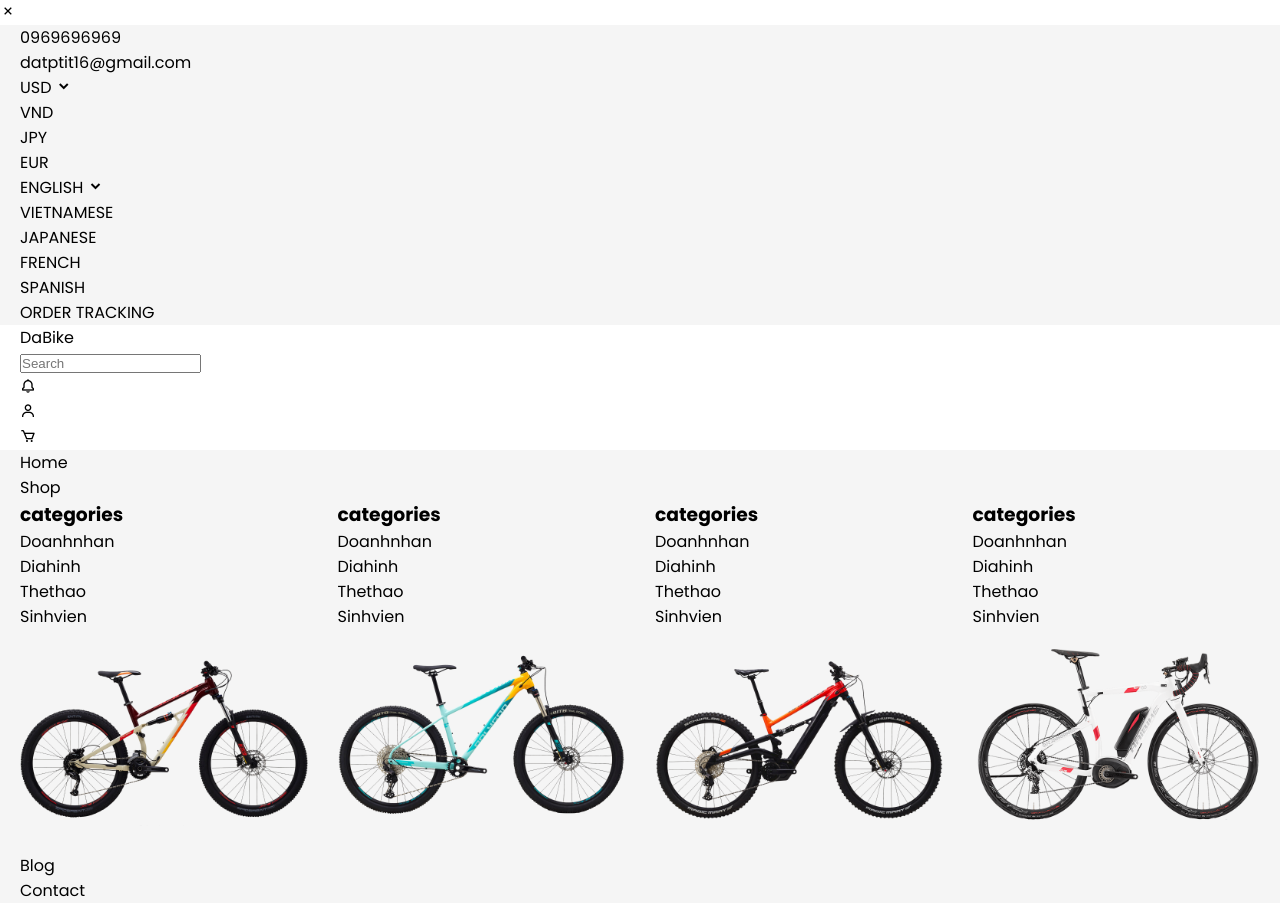
Repository: Datt21/DacMaxx
Page: index.html
These files come from the project's save history. The page is drawn as it stood at one moment and after the next save; the edit follows.
The browser window is 1280 px wide. The pictures show the whole page.

Above is the page before, as saved 2021-07-05 00:28:30.

### index.html
<!DOCTYPE html>
<html lang="en">
<head>
    <meta charset="UTF-8">
    <meta http-equiv="X-UA-Compatible" content="IE=edge">
    <meta name="viewport" content="width=device-width, initial-scale=1.0">
    <title>DaBike</title>
    <!--======== FONTS =========-->
    <link rel="preconnect" href="https://fonts.gstatic.com">
    <link rel="stylesheet" href="https://fonts.googleapis.com/css2?family=Poppins:ital,wght@0,100;0,200;0,300;0,400;0,500;0,600;0,700;0,800;0,900;1,100;1,200;1,300;1,400;1,500;1,600;1,700;1,900&display=swap">

    <!--========= ICONS =========-->
    <link rel="stylesheet" href="./boxicons-2.0.7/css/boxicons.min.css">
    <link href='https://unpkg.com/boxicons@2.0.7/css/boxicons.min.css' rel='stylesheet'>

    <!--========= LINK CSS =========-->
    <link rel="stylesheet" href="./css/grid.css">
    <link rel="stylesheet" href="./css/app.css">
</head>
<body>

    <!--========= HEADER ===========-->
    <header>
        <!-- mobile menu -->
        <div class="mobile-menu bg-second">
            <a href="#" class="mb-logo">DaBike</a>

            <span class="mb-menu-toggle mb-menu-close" id="mb-menu-close">
                <i class='bx bx-menu'></i>
            </span>
        </div>
        <!-- end mobile menu -->
        <!-- main header -->
        <div class="header-wrapper" id="header-wrapper">
            <span class="mb-menu-toggle" id="mb-menu-toggle">
                <i class='bx bx-x'></i>
            </span>
            <!-- top header -->
            <div class="bg-second">
                <div class="top-header container">
                    <ul class="devided">
                        <li>
                            <a href="#">0969696969</a>
                        </li>
                        <li>
                            <a href="#">datptit16@gmail.com</a>
                        </li>
                    </ul>
                    <div class="devided">
                        <li class="dropdown">
                            <a href="">USD</a>
                            <i class='bx bxs-chevron-down' ></i>
                            <ul class="dropdown-content">
                                <li><a href="">VND</a></li>
                                <li><a href="">JPY</a></li>
                                <li><a href="">EUR</a></li>
                            </ul>
                        </li>
                        <li class="dropdown">
                            <a href="">ENGLISH</a>
                            <i class='bx bxs-chevron-down' ></i>
                            <ul class="dropdown-content">
                                <li><a href="">VIETNAMESE</a></li>
                                <li><a href="">JAPANESE</a></li>
                                <li><a href="">FRENCH</a></li>
                                <li><a href="">SPANISH</a></li>
                            </ul>
                        </li>
                        <li><a href="#">ORDER TRACKING</a></li>
                    </div>
                </div>
            </div>
            <!-- end top header -->
            <!-- mid header -->
            <div class="bg-main">
                <div class="mid-header container">
                    <a href="#" class="logo">DaBike</a>
                    <div class="search">
                        <input type="text" placeholder="Search">
                        <box-icon name='search'></box-icon>
                    </div>
                    <ul class="user-menu">
                        <li><a href=""><i class='bx bx-bell' ></i> </a></li>
                        <li><a href=""><i class='bx bx-user' ></i> </a></li>
                        <li><a href=""><i class='bx bx-cart' ></i> </a></li>
                    </ul>
                </div>
            </div>
            <!-- end mid header -->
            <!-- bottom header -->
            <div class="bg-second">
                <div class="bottom-header container">
                    <ul class="main-menu">
                        <li><a href="">Home</a></li>
                        <!-- mega menu -->
                        <li class="mega-dropsown">
                            <a href="">Shop</a>
                            <div class="mega-content">
                                <div class="row">
                                    <div class="col-3">
                                        <div class="box">
                                            <h3>categories</h3>
                                            <ul>
                                                <li><a href="">Doanhnhan</a></li>
                                                <li><a href="">Diahinh</a></li>
                                                <li><a href="">Thethao</a></li>
                                                <li><a href="">Sinhvien</a></li>
                                            </ul>
                                        </div>
                                    </div>
                                    <div class="col-3">
                                        <div class="box">
                                            <h3>categories</h3>
                                            <ul>
                                                <li><a href="">Doanhnhan</a></li>
                                                <li><a href="">Diahinh</a></li>
                                                <li><a href="">Thethao</a></li>
                                                <li><a href="">Sinhvien</a></li>
                                            </ul>
                                        </div>
                                    </div>
                                    <div class="col-3">
                                        <div class="box">
                                            <h3>categories</h3>
                                            <ul>
                                                <li><a href="">Doanhnhan</a></li>
                                                <li><a href="">Diahinh</a></li>
                                                <li><a href="">Thethao</a></li>
                                                <li><a href="">Sinhvien</a></li>
                                            </ul>
                                        </div>
                                    </div>
                                    <div class="col-3">
                                        <div class="box">
                                            <h3>categories</h3>
                                            <ul>
                                                <li><a href="">Doanhnhan</a></li>
                                                <li><a href="">Diahinh</a></li>
                                                <li><a href="">Thethao</a></li>
                                                <li><a href="">Sinhvien</a></li>
                                            </ul>
                                        </div>
                                    </div>
                                </div>
                                <div class="row img-row">
                                    <div class="col-3">
                                        <div class="box">
                                            <img src="./images/531352.png" alt="">
                                        </div>
                                    </div>
                                    <div class="col-3">
                                        <div class="box">
                                            <img src="./images/6489548.png" alt="">
                                        </div>
                                    </div>
                                    <div class="col-3">
                                        <div class="box">
                                            <img src="./images/MTBROMO_N7_2022.png" alt="">
                                        </div>
                                    </div>
                                    <div class="col-3">
                                        <div class="box">
                                            <img src="./images/b1.png" alt="">
                                        </div>
                                    </div>
                                </div>
                            </div>
                        </li>
                        <!-- end mega menu -->
                        <li><a href="">Blog</a></li>
                        <li><a href="">Contact</a></li>
                    </ul>
                </div>
            </div>
            <!-- end bottom header -->
        </div>
        <!-- end main header -->
    </header>
    <!--========= END HEADER ===========-->



     <!--========= JS ==============-->
    <script src="./js/app.js"></script>
    <script src="./js/index.js"></script>
</html>

### css/grid.css
.row {
    display: flex;
    flex-wrap: wrap;
    margin: 0 -15px;
}

.row-revere{
    flex-wrap: wrap-reverse;
}

[class*="col-"]{
    padding: 0 15px;
    margin-bottom: 20px;
}

.col-1 {
    width: 8.33%;
}
.col-2 {
    width: 16.66%;
}
.col-3 {
    width: 25%;
}
.col-4 {
    width: 33.33%;
}
.col-5 {
    width: 41.66%;
}
.col-6 {
    width: 50%;
}
.col-7 {
    width: 58.33%;
}
.col-8 {
    width: 66.66%;
}
.col-9 {
    width: 75%;
}
.col-10 {
    width: 83.33%;
}
.col-11 {
    width: 91.66%;
}
.col-12 {
    width: 100%;
}

/* medium screen */
@media only screen and (max-width: 1280px) {
    .col-md-1 {
        width: 8.33%;
    }
    .col-md-2 {
        width: 16.66%;
    }
    .col-md-3 {
        width: 25%;
    }
    .col-md-4 {
        width: 33.33%;
    }
    .col-md-5 {
        width: 41.66%;
    }
    .col-md-6 {
        width: 50%;
    }
    .col-md-7 {
        width: 58.33%;
    }
    .col-md-8 {
        width: 66.66%;
    }
    .col-md-9 {
        width: 75%;
    }
    .col-md-10 {
        width: 83.33%;
    }
    .col-md-11 {
        width: 91.66%;
    }
    .col-md-12 {
        width: 100%;
    }
}

@media only screen and (max-width: 750px) {
    .col-sm-1 {
        width: 8.33%;
    }
    .col-sm-2 {
        width: 16.66%;
    }
    .col-sm-3 {
        width: 25%;
    }
    .col-sm-4 {
        width: 33.33%;
    }
    .col-sm-5 {
        width: 41.66%;
    }
    .col-sm-6 {
        width: 50%;
    }
    .col-sm-7 {
        width: 58.33%;
    }
    .col-sm-8 {
        width: 66.66%;
    }
    .col-sm-9 {
        width: 75%;
    }
    .col-sm-10 {
        width: 83.33%;
    }
    .col-sm-11 {
        width: 91.66%;
    }
    .col-sm-12 {
        width: 100%;
}

### css/app.css
:root {
    --main-bg-color:#fff;
    --second-bg-color:#f5f5f5;
    --third-bg-color:#e3e3e3;
    --grey: #4b4b4b;
    --black: #000;
    --red: #c0392b;
    --top-header-size: 30px;
    --mid-header-size: 80px;
    --bottom-header-size: 45px;
    --btn-bg: #000;
    --btn-border-color: #000;
    --btn-color: #fff;

}

*{
    padding: 0;
    margin: 0;
    box-sizing: border-box;
    -webkit-tap-highlight-color: transparent;
}

body{
    font-family: "Poppins", sans-serif;
    overflow-x: hidden;
    position: relative;
    background-color: var(--main-bg-color);
}

button{
    cursor: pointer;
}

a{
    display: inline-block;
    text-decoration: none;
    color: unset;
}

li{
    list-style-type: none;
}

img{
    max-width: 100%;
}

.container{
    max-width: 1366px;
    margin: auto;
    padding: 0 20px;
    position: relative;
}

.bg-second{
    background-color: var(--second-bg-color);
}

.bg-main{
    background-color: var(--main-bg-color);
}

.text-red{
    color: var(--red);
}

.mobile-menu{
    align-items: center;
    justify-content: space-between;
    padding: 10px 30px;
    display: none;
}

Loaded but not shown: boxicons-2.0.7/css/boxicons.min.css (library); js/app.js (no copy from this time; the picture is the same without it); js/index.js (no copy from this time; the picture is the same without it)

After the next save:
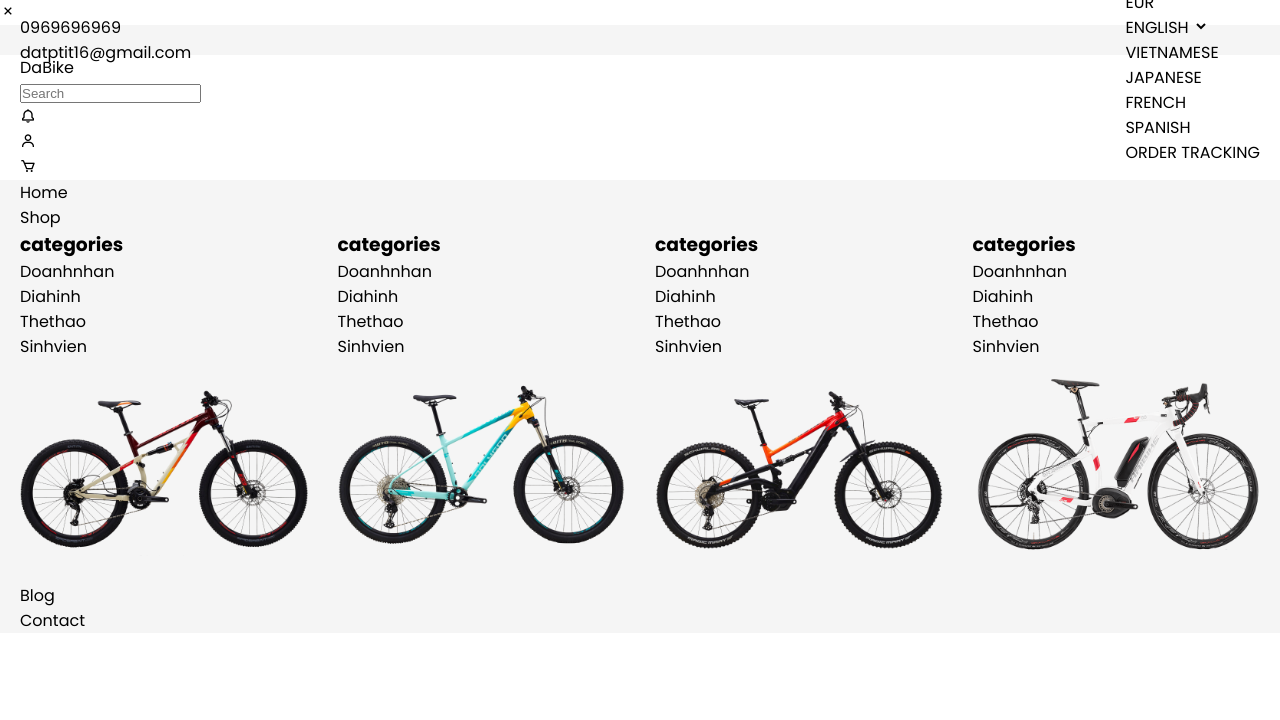
Saved 33 s later.
--- a/css/app.css
+++ b/css/app.css
@@ -71,3 +71,13 @@
     padding: 10px 30px;
     display: none;
 }
+.mb-menu-close{
+    display: none;
+}
+
+.top-header{
+    height: 30px;
+    display: flex;
+    justify-content: space-between;
+    align-items: center;
+}
